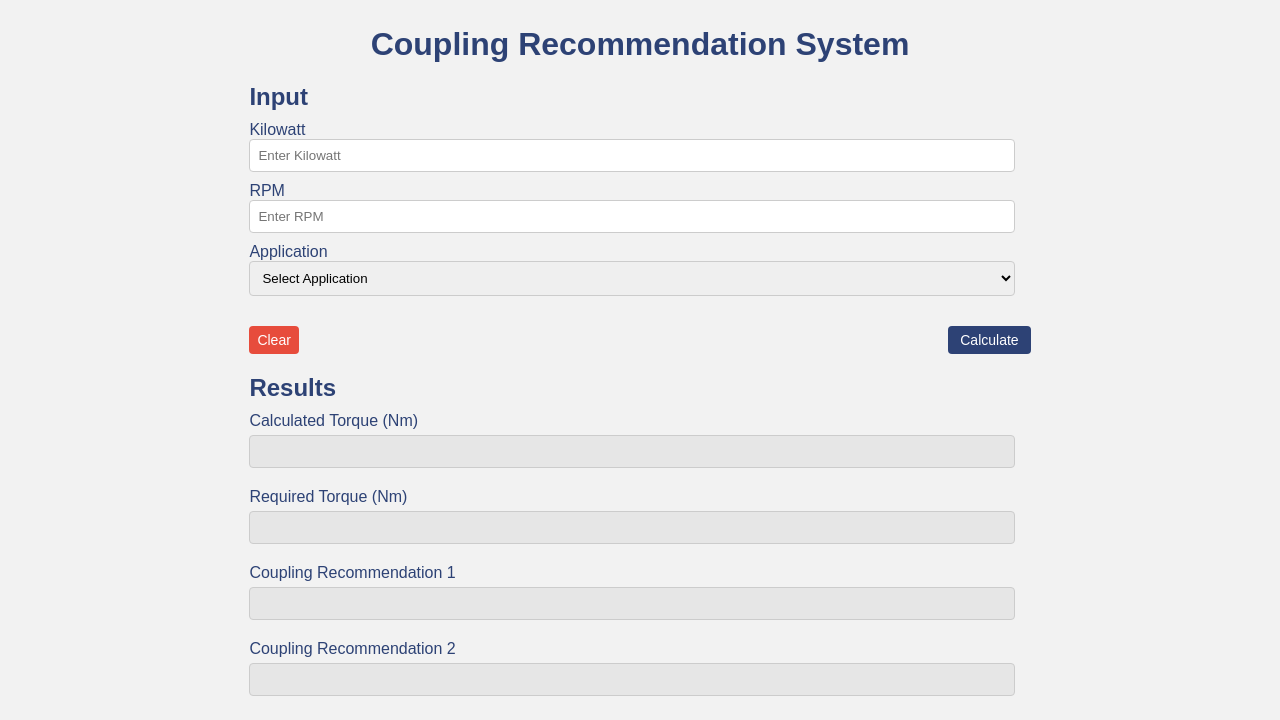
Repository: JustinSadie/calculator
Page: newIndex.html
The author's editor kept a copy of each file at every save. The page is drawn from the files as they stood at one save, then again after the next save.
The browser window is 1280 px wide. The pictures show the whole page.

Above is the page before, as saved 2024-08-25 16:06:45.

### newIndex.html
<!DOCTYPE html>
<html lang="en">
  <head>
    <meta charset="UTF-8" />
    <meta name="viewport" content="width=device-width, initial-scale=1.0" />
    <title>Coupling Recommendation</title>
    <link rel="stylesheet" href="newCSS.css" />
  </head>
  <body>
    <div class="coupling-calculator">
      <h1>Coupling Recommendation System</h1>

      <div class="input-section">
        <h2>Input</h2>
        <label for="kilowatt">Kilowatt</label>
        <input
          type="number"
          id="kilowatt"
          placeholder="Enter Kilowatt"
          required
        />

        <label for="rotationSpeed">RPM</label>
        <input
          type="number"
          id="rotationSpeed"
          placeholder="Enter RPM"
          required
        />

        <label for="application">Application</label>
        <select id="application">
          <option value="">Select Application</option>
          <option value="1.2">Centrifugal Pumps</option>
          <option value="1.2">Fans</option>
          <option value="1.2">Belt Conveyors</option>
          <option value="1.6">Hammermill</option>
          <option value="1.6">Bucket Elevator</option>
          <option value="1.6">Scraper Conveyor</option>
          <option value="2.4">Reciprocating Pump</option>
          <option value="2.4">Compressor(3Cyl or less)</option>
          <option value="2">Crusher</option>
          <option value="2">Calender</option>
          <option value="2">Shaker</option>
          <option value="2">Compressor(4 Cyl or more)</option>
          <option value="4">Steel Mill rolers Tables</option>
          <option value="4">Heavy Reversing Drives</option>
        </select>
        <input
          type="text"
          id="customApplication"
          placeholder="Enter Custom Application"
          style="display: none"
        />

        <div class="button-container">
          <button class="clear" onclick="clearFields()">Clear</button>
          <button onclick="displayResults()">Calculate</button>

        </div>
      </div>

      <div class="output-section">
        <h2>Results</h2>
        <div class="result">
          <label for="torqueResult">Calculated Torque (Nm)</label>
          <input type="text" id="torqueResult" readonly />
        </div>

        <div class="result">
          <label for="coupRat">Required Torque (Nm)</label>
          <input type="text" id="coupRat" readonly />
        </div>

        <div class="result">
          <label for="brCouplingSuggest1">Coupling Recommendation 1</label>
          <input type="text" id="brCouplingSuggest1" readonly />
        </div>

        <div class="result">
          <label for="brCouplingSuggest2">Coupling Recommendation 2</label>
          <input type="text" id="brCouplingSuggest2" readonly />
        </div>
      </div>

      <script src="Coupling generator copy.js"></script>
    </div>
  </body>
</html>

### newCSS.css
/* Overall page styling */
body {
  font-family: Arial, sans-serif;
  margin: 0;
  padding: 0;
  background-color: #f2f2f2;
  color: #2d4275;
  display: flex;
  justify-content: center;
  align-items: center;
  min-height: 100vh;
}

.coupling-caclulator {
  max-width: 50%; /* Make the container half the width of the page */
  margin: 0 auto;
  padding: 20px;
  background-color: #ffffff;
  box-shadow: 0 0 10px rgba(0, 0, 0, 0.1);
  border: 2px solid #2d4275; /* Add border around the container */
  border-radius: 8px;
  box-sizing: border-box; /* Include padding and border in the width */
}

h1 {
  color: #2d4275;
  text-align: center;
  margin-bottom: 20px;
}

/* Input section styling */
.input-section {
  margin-bottom: 20px;
}

.input-section h2 {
  color: #2d4275;
  margin-bottom: 10px;
}

input,
select {
  padding: 8px; /* Make the input fields smaller */
  margin-bottom: 10px;
  width: calc(100% - 16px); /* Adjust width to account for padding and borders */
  border: 1px solid #ccc;
  border-radius: 4px;
  box-sizing: border-box;
}

/* Container for buttons */
.button-container {
  display: flex;
  justify-content: space-between; /* Space between buttons */
  margin-top: 20px; /* Space from the fields above */
}

button {
  padding: 6px 12px; /* Adjust padding if needed */
  background-color: #2d4275;
  color: #ffffff;
  border: none;
  border-radius: 4px;
  cursor: pointer;
  font-size: 14px;

}

button:hover {
  background-color: #1a2a4f;
}

/* Small clear button styling */
button.clear {
  padding: 4px 8px; /* Smaller size for the clear button */
  background-color: #e74c3c; /* A red color for the clear button */
  color: #ffffff;
  border: none;
  border-radius: 4px;
  cursor: pointer;
  font-size: 14px; /* Smaller font size */
}

button.clear:hover {
  background-color: #c0392b; /* Darker red for hover effect */
}


/* Output section styling */
.output-section {
  margin-top: 20px;
}

.output-section h2 {
  color: #2d4275;
  margin-bottom: 10px;
}

.result {
  margin-bottom: 10px;
}

.result label {
  display: block;
  margin-bottom: 5px;
  color: #2d4275;
}

.result input {
  padding: 8px; /* Make the output fields smaller */
  border: 1px solid #ccc;
  border-radius: 4px;
  width: calc(100% - 16px); /* Adjust width to account for padding and borders */
  box-sizing: border-box;
  background-color: #f9f9f9;
}

.result input[readonly] {
  background-color: #e6e6e6;
  cursor: not-allowed;
}

### Coupling generator copy.js
lst = [97,128, 164, 187, 215, 255, 271, 314, 355, 428,
    471, 517, 618, 679, 706, 868, 889, 900,
    1089, 1227, 1296, 1392, 1427, 1641, 1768, 2081,
    2150, 2398, 2551, 2837, 3134, 3343, 3536, 3787,
    4274, 4873, 4963, 5326, 5860, 6645, 6721, 6978,
    7234, 8443, 8806, 9071, 9864, 10172, 10811, 11063,
    12835, 13359, 13870, 14165, 16126, 17502, 18434,
    20135, 20684, 21989, 24153, 28155, 28166, 29107,
    35206, 35584, 38136, 38177, 45784, 48006, 50019,
    52525, 55588, 58182, 68818, 72908, 75800, 79879,
    86627, 99418, 100312, 104658, 136282, 136785,
    152552, 178422, 208020, 234914, 366843
]


const bearingData = {
  black: {
    sizes: [97, 164, 271, 471, 679, 1089, 1641, 2551, 3787, 5326, 6721, 8443, 10811, 18434, 29107, 38177, 52525, 79879],
  },
  yellow: {
    sizes: [128, 215, 355, 618, 889, 1427, 2150, 3343, 4963, 6978, 8806, 11063, 14165, 24153, 38136, 50019, 68818, 104658],
  },
  blue: {
    sizes: [187, 314, 517, 900, 1296, 2081, 3134, 4873, 7234, 10172, 12835, 16126, 20684, 35206, 55588, 72908, 100312, 152552],
  },
  green: {
    sizes: [255, 428, 706, 1227, 1768, 2837, 4274, 6645, 9864, 13870, 17502, 21989, 28155, 48006, 75800, 99418, 136785, 208020],
  },
  red: {
    sizes: [517, 868, 1392, 2398, 3536, 5860, 9071, 13359, 20135, 28166, 35584, 45784, 58182, 86627, 136282, 178422, 234914, 366843],
  },
};

const sizeIndex = {
    "BR_95" : 0,
   "BR_115" : 1,
   "BR_135" : 2,
   "BR_155" : 3,
   "BR_179" : 4,
   "BR_206" : 5,
   "BR_236" : 6,
   "BR_276" : 7,
   "BR_306" : 8,
   "BR_336" : 9,
   "BR_366" : 10,
   "BR_406" : 11,
   "BR_446" : 12,
   "BR_506" : 13,
   "BR_556" : 14,
   "BR_636" : 15,
   "BR_716" : 16,
   "BR_826" : 17,
}


function calculateTorque(){
    var kilowatt = document.getElementById("kilowatt").value;
    var rotationSpeed = document.getElementById("rotationSpeed").value;
    var torque = ((kilowatt *  9550)/rotationSpeed);
    torqueResult = torque.toFixed(2) + " (Nm)";
    return {
        torqueresultText: torqueResult,
        torqueResultNumeric: torque,
    };

}

function getSafetyFactorValue(){
    var serviceFactor = document.getElementById("application").value;
    var customServiceFactor = document.getElementById("customApplication").value.trim();

    if (customServiceFactor) {
        return customServiceFactor;
    } else if (serviceFactor && serviceFactor !== "default") {
        return serviceFactor;
    } else {
        throw new Error("Please select an application or enter a custom application.");
    }
};


function calculateAndSetCouplingRating() {
    try {
        var torque = calculateTorque().torqueResultNumeric;
        var serviceFactor = getSafetyFactorValue();

        if (isNaN(serviceFactor)) {
            throw new Error("Invalid service factor input");
        }
        var couplingRating = Math.round(torque * serviceFactor);
        var couplingRatingResult = couplingRating + " (Nm)";

        return {
            couplingRatingText: couplingRatingResult,
            couplingRatingNumeric: couplingRating,
        };
    } catch (error) {
        console.error("Error in calculateAndSetCouplingRating:", error.message);
        return {
            error: error.message,
        };
    }
}



function nextNearestValue() {

    x = calculateAndSetCouplingRating().couplingRatingNumeric;

    for(const elem of lst){
        if(x <= elem) {
            const nextIndex = lst.indexOf(elem) + 1;
            if (nextIndex < lst.length) {
                return {
                    firstRecommendation : elem,
                    secondrecommendation : lst[nextIndex],
                };
            }
        }
    }
    return {
        firstRecommendation : elem,
        secondrecommendation : "none",
    }
}

function safetyFactor(nnv,torque){
    return (nnv/torque).toFixed(2);
}

function findColorAndSize(value) {
    for (const color in bearingData) {
      const sizes = bearingData[color].sizes;
      const index = sizes.indexOf(value);
      if (index !== -1) {
        const sizeKey = Object.keys(sizeIndex).find((key) => sizeIndex[key] === index);
        return {
          color: color,
          size: sizeKey,
        };
      }
    }
    return null;
}



function displayResults(){
    var newVal = calculateAndSetCouplingRating();
    document.getElementById('torqueResult').value=calculateTorque().torqueresultText;
    document.getElementById('coupRat').value=calculateAndSetCouplingRating().couplingRatingText;

    document.getElementById('brCouplingSuggest1').value=findColorAndSize(nextNearestValue().firstRecommendation).size + " - " + findColorAndSize(nextNearestValue().firstRecommendation).color;
    document.getElementById('brCouplingSuggest2').value=findColorAndSize(nextNearestValue().secondrecommendation).size + " - " + findColorAndSize(nextNearestValue().secondrecommendation).color;
    document.getElementById('sfCouplingSuggest1').value=safetyFactor(nextNearestValue().firstRecommendation, calculateTorque().torqueResultNumeric);
    document.getElementById('sfCouplingSuggest2').value=safetyFactor(nextNearestValue().secondrecommendation, calculateTorque().torqueResultNumeric);
}


function clearTable(){
    document.getElementById('kilowatt').value="";
    document.getElementById('rotationSpeed').value="";
    document.getElementById('serviceFactor').value="";
    document.getElementById('torqueResult').value="";
    document.getElementById('coupRat').value="";
    document.getElementById('brCouplingSuggest1').value="";
    document.getElementById('brCouplingSuggest2').value="";
}

function validateInput(inputId) {
    var inputElement = document.getElementById(inputId);
    var inputValue = inputElement.value.trim();

    if (inputValue === "") {
        alert("Input cannot be empty.");
        return false;
    }

    if (!/^\d+$/.test(inputValue)) {
        alert("Input must contain only numbers.");
        return false;
    }

    return true;
}

function validateForm() {
    if (!validateInput("kilowatt") || !validateInput("rotationSpeed")) {
        return false;
    }
    return true;
}

After the next save:
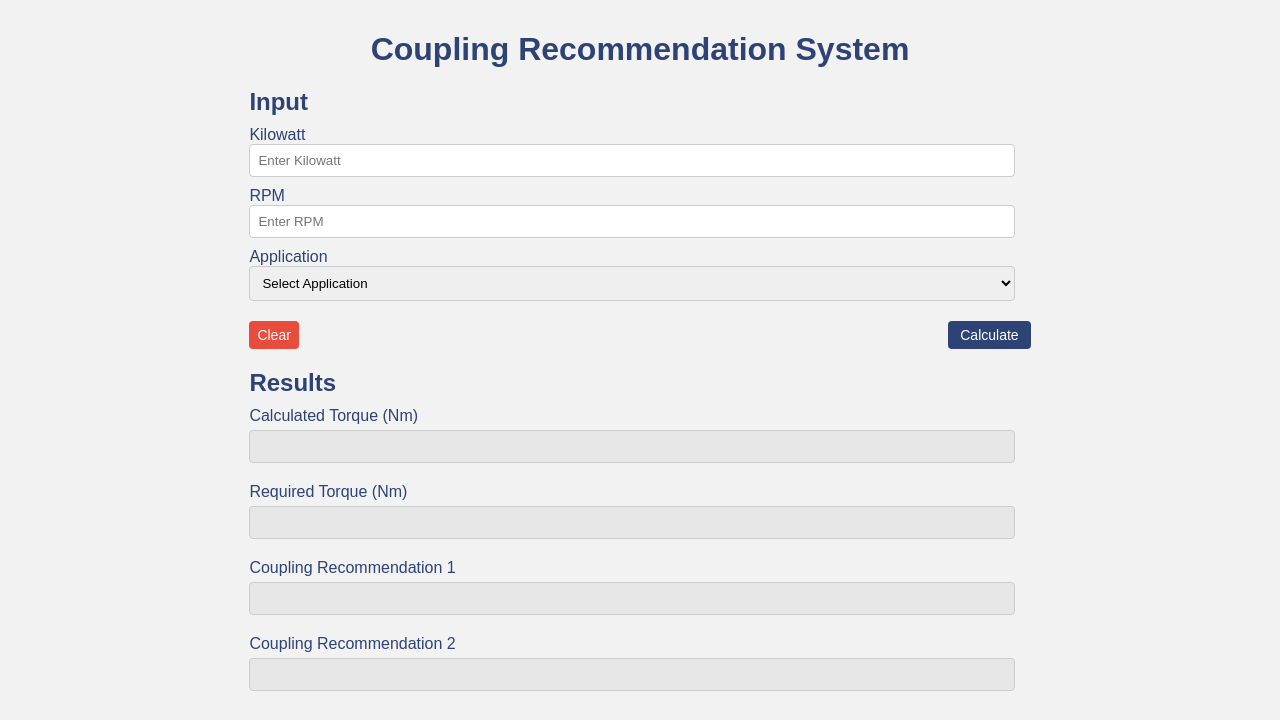
Saved 10 s later.
--- a/newCSS.css
+++ b/newCSS.css
@@ -52,7 +52,7 @@ select {
 .button-container {
   display: flex;
   justify-content: space-between; /* Space between buttons */
-  margin-top: 20px; /* Space from the fields above */
+  margin-top: 10px; /* Space from the fields above */
 }
 
 button {
